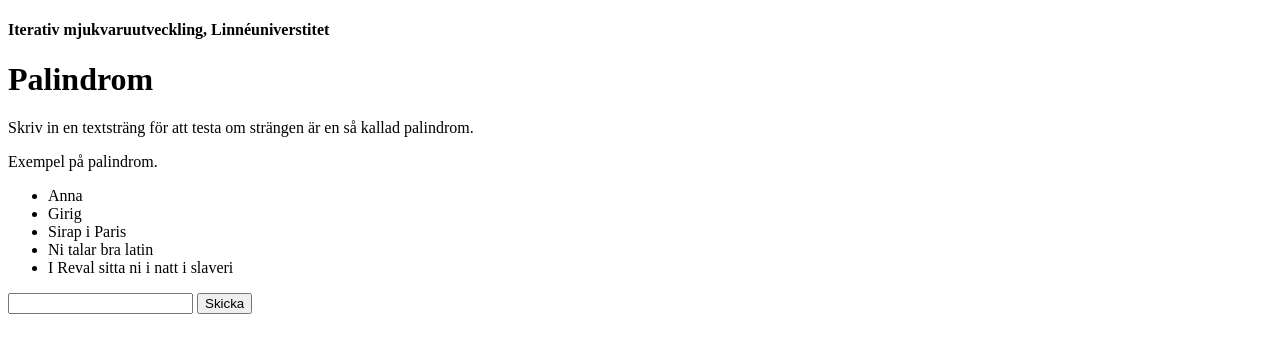
Repository: Holmewi/1dv404-jh222qr-laborationer
Page: Uppgift 3a/index.html
The author's editor kept a record of every edit. The page is drawn from the files as they stood at one moment, then again after the next edit.
The browser window is 1280 px wide. The pictures show the whole page.

Above is the page before.

### Uppgift 3a/index.html
<!DOCTYPE HTML>
<html lang="sv">

<head>
    <meta charset="utf-8" />
    <title>1DV404 - Laboration 1, uppgift 4</title>
</head>

<body>
    <h4>Iterativ mjukvaruutveckling, Linnéuniverstitet</h4>
    <h1>Palindrom</h1>

    <p>Skriv in en textsträng för att testa om strängen är en så kallad palindrom.</p>
    <p>Exempel på palindrom.</p>
    <ul>
        <li>Anna</li>
        <li>Girig</li>
        <li>Sirap i Paris</li>
        <li>Ni talar bra latin</li>
        <li>I Reval sitta ni i natt i slaveri</li>
    </ul>
    <form>
        <input type="text" id="input">
        <input type="submit" id="submit" value="Skicka">
    </form>
    <p id="value"></p>
    <script src="palindrom.js"></script>
</body>
</html>

### Uppgift 3a/palindrom.js
"use strict"

window.onload = function(){

    var palindrom = function(str){

    // Skapar en sträng och tar bort mellanrummen
    // Källa: https://developer.mozilla.org/en-US/docs/Web/JavaScript/Reference/Global_Objects/String/replace
    var newString = str.replace(/\s/g, '').toLowerCase();

    // Skapar en ny sträng som är omvänd
    // Källa: http://stackoverflow.com/questions/1611427/reversing-a-string-in-javascript
    var backString = newString.split("").reverse().join("");

    if (newString === backString){
        return "Normal:\t" + newString + "<br>Bakvänt:\t" + backString + "<br>\"" + str + "\" är en palindrom!";
    } else {
        return "Normal:\t" + newString + "<br>Bakvänt:\t" + backString + "<br>\"" + str + "\" är ingen palindrom!";
    }

        // console.log(newString);
        // console.log(backString);
        return newString;
    };

    // Referensvariabler till DOM
    var input = document.querySelector("#input");
	var submit = document.querySelector("#submit");
    var p = document.querySelector("#value");

    submit.addEventListener("click", function(evt){
        // Gör att formuläret inte skickas
        // Källa: https://developer.mozilla.org/en-US/docs/Web/API/event.preventDefault
        evt.preventDefault();
        p.innerHTML = palindrom(input.value);
    });
};

After the next edit:
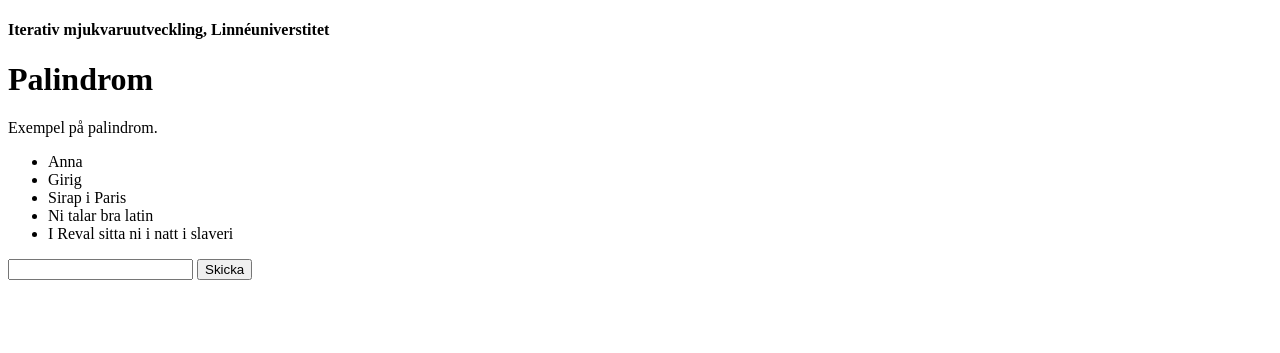
The edit:
--- a/Uppgift 3a/index.html
+++ b/Uppgift 3a/index.html
@@ -9,8 +9,6 @@
 <body>
     <h4>Iterativ mjukvaruutveckling, Linnéuniverstitet</h4>
     <h1>Palindrom</h1>
-
-    <p>Skriv in en textsträng för att testa om strängen är en så kallad palindrom.</p>
     <p>Exempel på palindrom.</p>
     <ul>
         <li>Anna</li>
